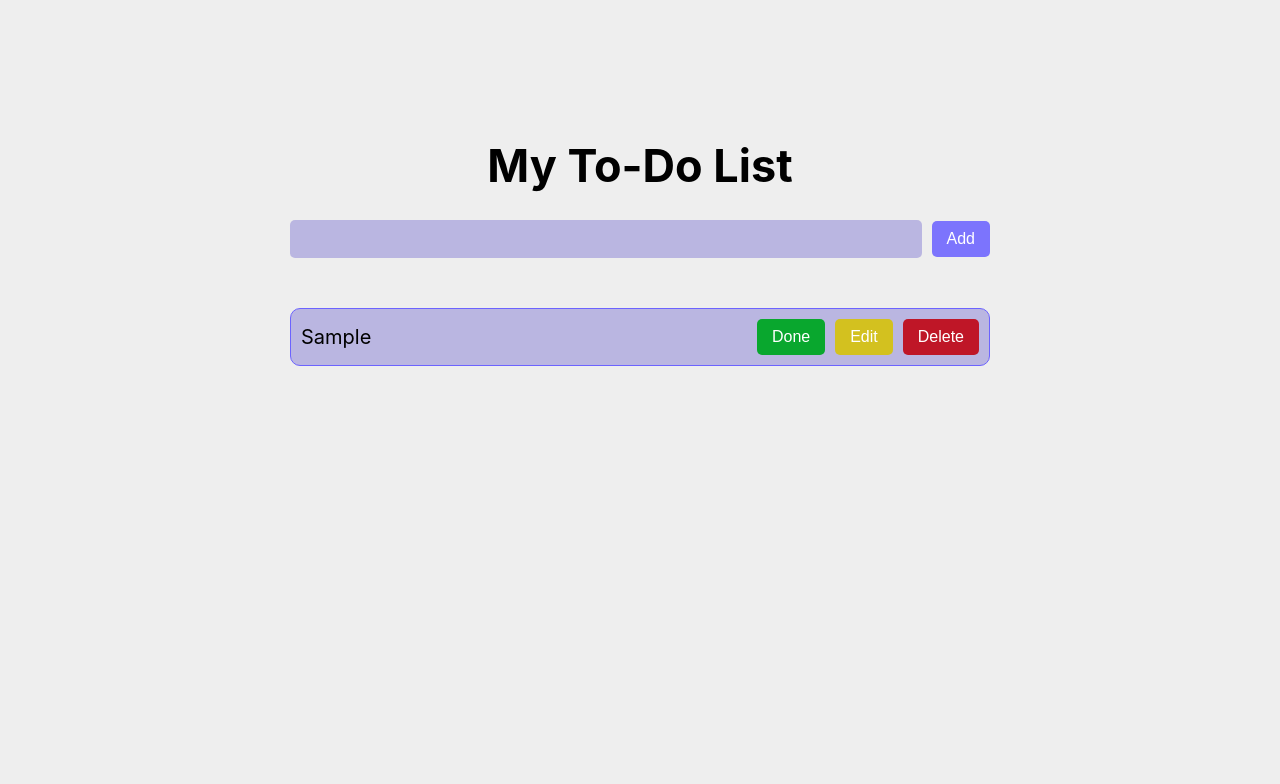
Repository: bianphang/todo-list_vanilla-js
Page: index.html
The author's editor kept a copy of each file at every save. The page is drawn from the files as they stood at one save, then again after the next save.
The browser window is 1280 px wide. The pictures show the whole page.
Empty fields were first filled with sample values (such as "Sample", 5 or name@example.com).
After loading, the first visible `#addForm` was submitted once.

Above is the page before, as saved 2024-06-10 16:37:40.

After the next save:
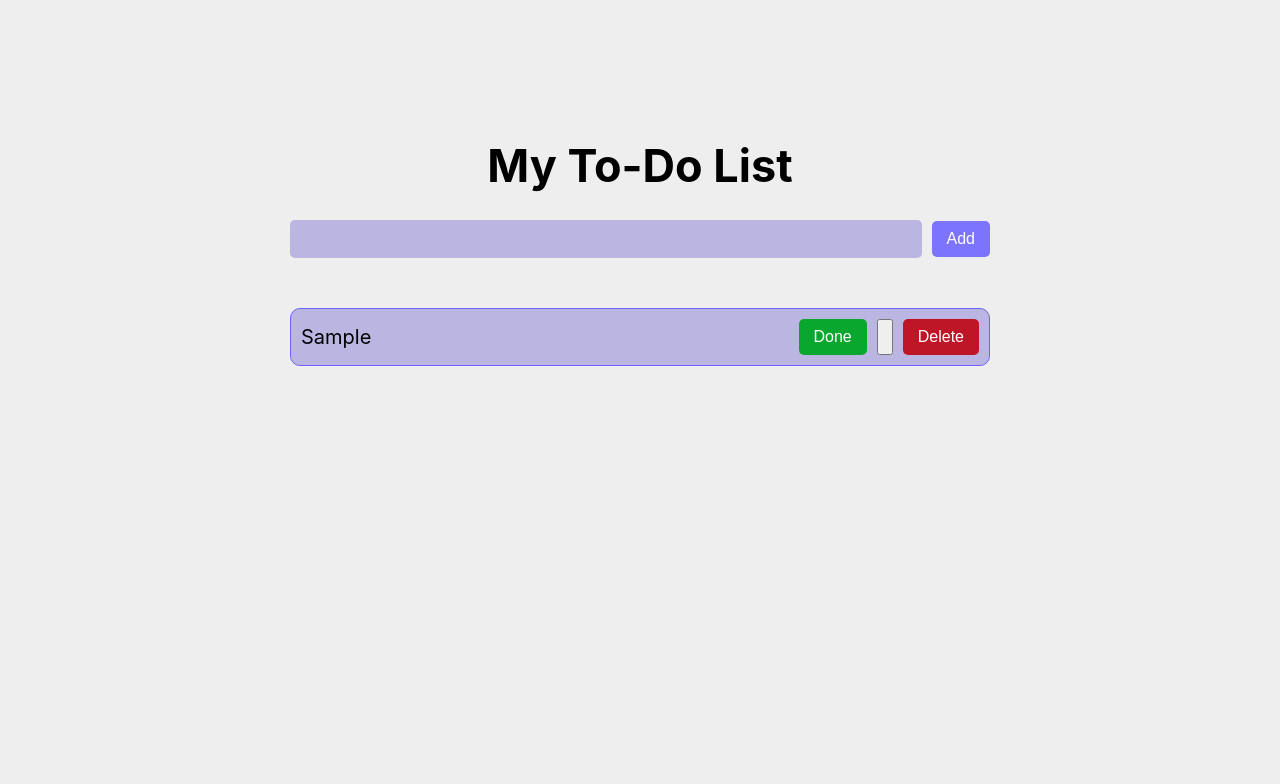
Saved 32 s later.
--- a/script.js
+++ b/script.js
@@ -24,14 +24,14 @@
     actions.className = 'todo-action';
 
     const editBtn = document.createElement('button');
-    editBtn.className = 'btn btn-edit';
-    editBtn.textContent = 'Edit';
-    editBtn.addEventListener('click', function () {
-      const newText = prompt('Edit todo:', label.textContent);
-      if (newText !== null) {
-        label.textContent = newText;
-      }
-    });
+    // editBtn.className = 'btn btn-edit';
+    // editBtn.textContent = 'Edit';
+    // editBtn.addEventListener('click', function () {
+    //   const newText = prompt('Edit todo:', label.textContent);
+    //   if (newText !== null) {
+    //     label.textContent = newText;
+    //   }
+    // });
 
     const deleteBtn = document.createElement('button');
     deleteBtn.className = 'btn btn-delete';

After the save that followed:
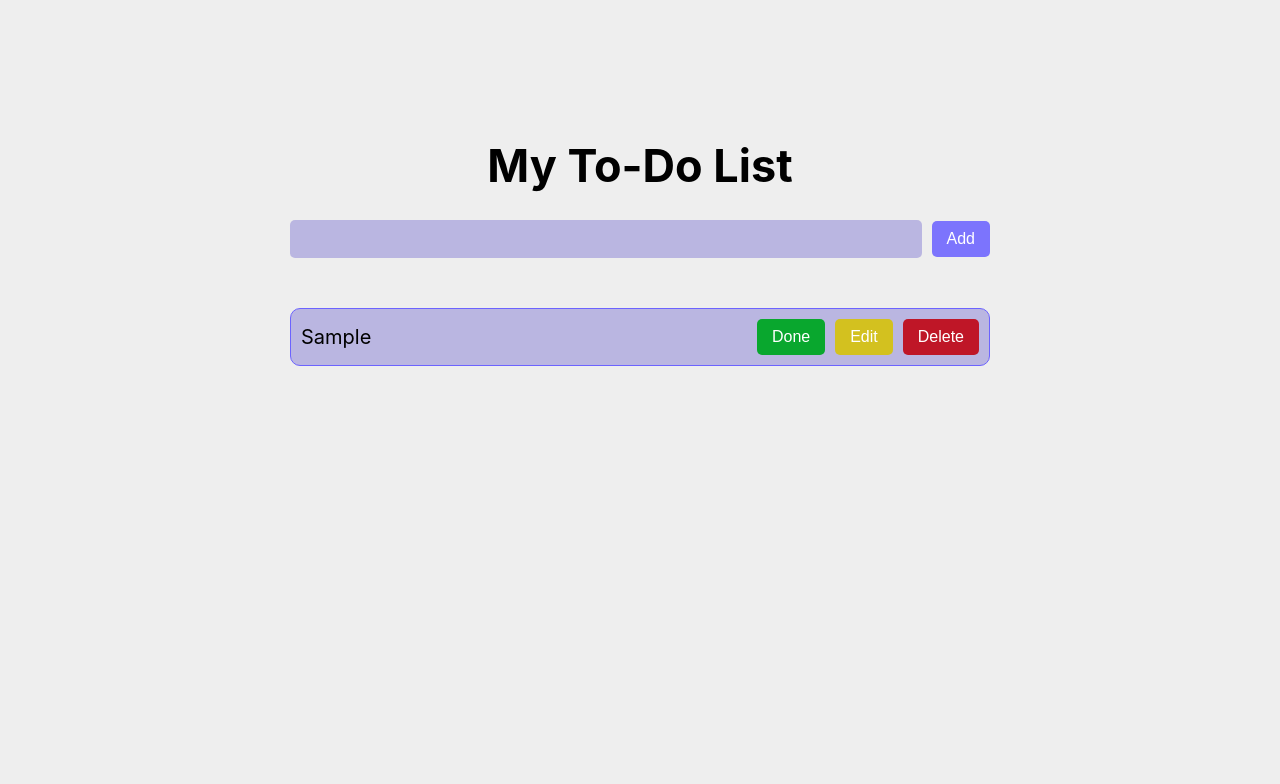
Saved 29 s later.
--- a/script.js
+++ b/script.js
@@ -24,8 +24,8 @@
     actions.className = 'todo-action';
 
     const editBtn = document.createElement('button');
-    // editBtn.className = 'btn btn-edit';
-    // editBtn.textContent = 'Edit';
+    editBtn.className = 'btn btn-edit';
+    editBtn.textContent = 'Edit';
     // editBtn.addEventListener('click', function () {
     //   const newText = prompt('Edit todo:', label.textContent);
     //   if (newText !== null) {
